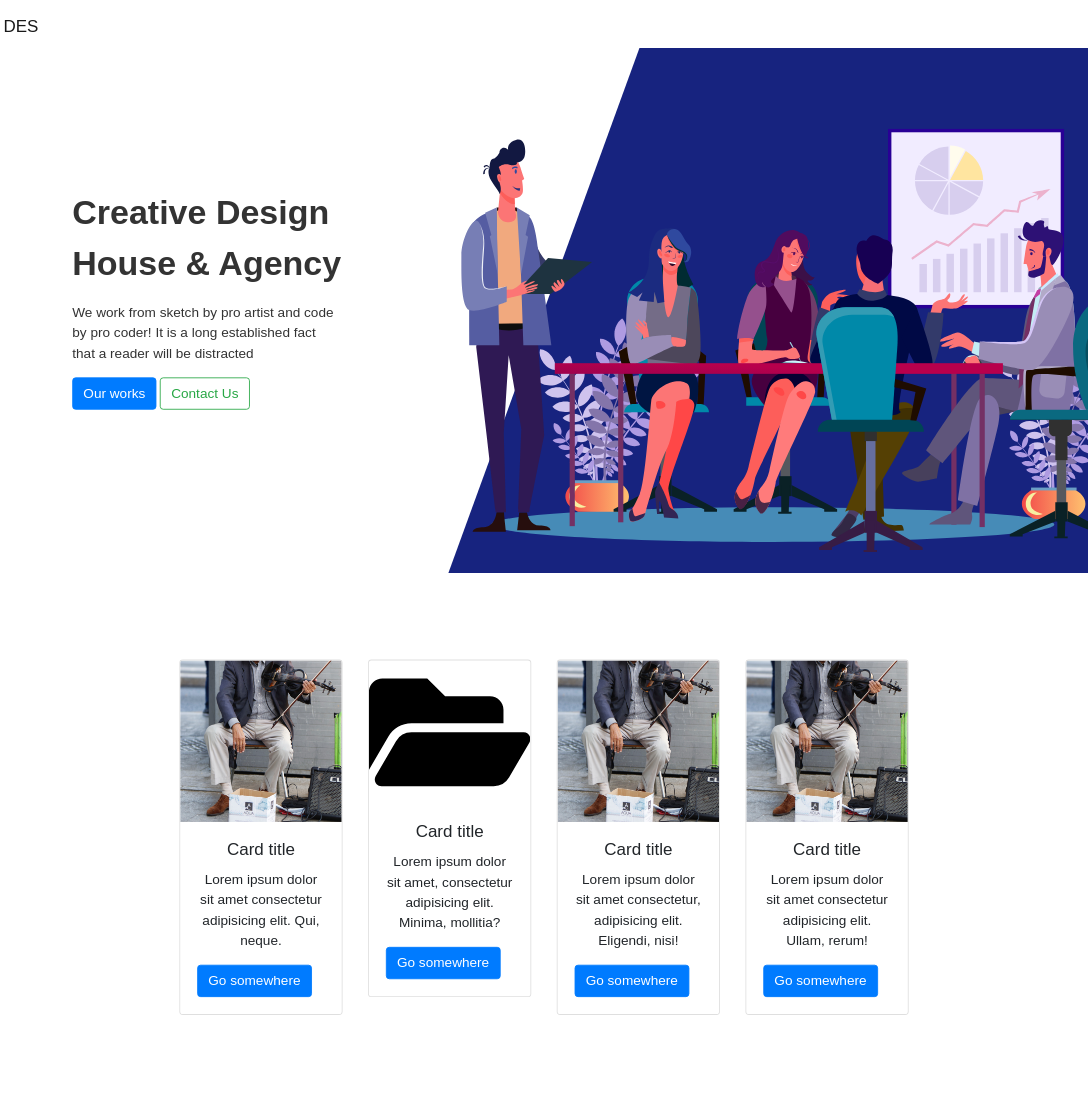
Repository: stephenkayade/Tarm
Page: index.html
These files come from the project's save history. The page is drawn as it stood at one moment and after the next save; the edit follows.
The browser window is 1280 px wide. The pictures show the whole page, at 85% of full size.

Above is the page before, as saved 2020-05-07 11:39:37.

### index.html
<!DOCTYPE html>
<html lang="en">

<head>
    <meta charset="UTF-8">
    <meta name="viewport" content="width=device-width, initial-scale=1.0">
    <link rel="stylesheet" href="https://stackpath.bootstrapcdn.com/bootstrap/4.4.1/css/bootstrap.min.css"
        integrity="sha384-Vkoo8x4CGsO3+Hhxv8T/Q5PaXtkKtu6ug5TOeNV6gBiFeWPGFN9MuhOf23Q9Ifjh" crossorigin="anonymous">
    <script src="https://code.jquery.com/jquery-3.4.1.slim.min.js"
        integrity="sha384-J6qa4849blE2+poT4WnyKhv5vZF5SrPo0iEjwBvKU7imGFAV0wwj1yYfoRSJoZ+n"
        crossorigin="anonymous"></script>

    <script src="https://stackpath.bootstrapcdn.com/bootstrap/4.4.1/js/bootstrap.min.js"
        integrity="sha384-wfSDF2E50Y2D1uUdj0O3uMBJnjuUD4Ih7YwaYd1iqfktj0Uod8GCExl3Og8ifwB6"
        crossorigin="anonymous"></script>
    <link rel="stylesheet" href="https://stackpath.bootstrapcdn.com/font-awesome/4.7.0/css/font-awesome.min.css">
    <link rel="stylesheet" href="css/style.css">
    <title>Document</title>
</head>

<body>
    <section id="nav-bar">
        <nav class="navbar navbar-expand-lg navbar-light">
            <!-- <h1>DES</h1> -->
            <h1><a class="navbar-brand ml-1" href="#">DES</a></h1>
            <button class="navbar-toggler" type="button" data-toggle="collapse" data-target="#navbarNav"
                aria-controls="navbarNav" aria-expanded="false" aria-label="Toggle navigation">
                <i class="fa fa-bars"></i>
            </button>

            <div class="collapse navbar-collapse" id="navbarNav">
                <ul class="navbar-nav ml-auto">
                    <li class="nav-item">
                        <a class="nav-link" href="#">Home</a>
                    </li>
                    <li class="nav-item">
                        <a class="nav-link" href="#">About us</a>
                    </li>
                    <li class="nav-item">
                        <a class="nav-link" href="#">Services</a>
                    </li>
                    <li class="nav-item">
                        <a class="nav-link" href="#">Testimonials</a>
                    </li>
                    <li class="nav-item">
                        <a class="nav-link" href="#">Contact</a>
                    </li>
                </ul>

            </div>
        </nav>

    </section>

    <!---------------------------banner---------------------------->
    <section id="banner">
        <div class="container">
            <div class="row">
                <div class="col-md-6">
                    <p class="promo-title">Creative Design <br>House & Agency</p>
                    <p>We work from sketch by pro artist and code <br>
                        by pro coder! It is a long established fact <br>
                        that a reader will be distracted</p>
                    <div class="btn-control">
                        <div class="btn btn-primary">Our works</div>
                        <div class="btn btn-outline-success">Contact Us</div>
                    </div>
                </div>

            </div>
        </div>
    </section>

    <section id="img">
        <div class="row">
            <div class="col-md-auto">
                <div class="card" style="width: 12rem;">
                    <img src="./img/man-street-sitting-hat-2995066.jpg" class="card-img-top" alt="...">
                    <div class="card-body">
                        <h5 class="card-title text-center">Card title</h5>
                        <p class="card-text text-center">Lorem ipsum dolor sit amet consectetur adipisicing elit. Qui, neque.</p>
                        <a href="#" class="btn btn-primary">Go somewhere</a>
                    </div>
                </div>
            </div>
            <div class="col-md-auto">
                <div class="card" style="width: 12rem;">
                    <img src="./img/folder-open-solid.svg" class="card-img-center" alt="...">
                    <div class="card-body">
                        <h5 class="card-title text-center">Card title</h5>
                        <p class="card-text text-center">Lorem ipsum dolor sit amet, consectetur adipisicing elit. Minima, mollitia?</p>
                        <a href="#" class="btn btn-primary">Go somewhere</a>
                    </div>
                </div>
            </div>
            <div class="col-md-auto">
                <div class="card" style="width: 12rem;">
                    <img src="./img/man-street-sitting-hat-2995066.jpg" class="card-img-top" alt="...">
                    <div class="card-body">
                        <h5 class="card-title text-center">Card title</h5>
                        <p class="card-text text-center">Lorem ipsum dolor sit amet consectetur, adipisicing elit. Eligendi, nisi!</p>
                        <a href="#" class="btn btn-primary">Go somewhere</a>
                    </div>
                </div>
            </div>
            <div class="col-md-auto">
                <div class="card" style="width: 12rem;">
                    <img src="./img/man-street-sitting-hat-2995066.jpg" class="card-img-top" alt="...">
                    <div class="card-body">
                        <h5 class="card-title text-center">Card title</h5>
                        <p class="card-text text-center">Lorem ipsum dolor sit amet consectetur adipisicing elit. Ullam, rerum!</p>
                        <a href="#" class="btn btn-primary">Go somewhere</a>
                    </div>
                </div>
            </div>
        </div>
    </section>

    <section id="ceo">
        <div class="row">
            <div class="col-md-auto">

            </div>
        </div>
    </section>
    <section id="recommendation">

    </section>


</body>

</html>

### css/style.css
*{
    margin: 0;
    padding: 0;
}
body{
    font-family: sans-serif;
}
#nav-bar{
    position: sticky;
    top: 0;
    z-index: 10;
}
.navbar{
    background-image: cross-fade(to right, #fff,#17237f);
    padding: 0 !important;
}
.navbar-brand img{
    height:40px;
    padding-left: 20px;
}
.navbar-nav li{
    padding: 0 10px;

}
.navbar-nav li a{
    color: #fff !important;
    font-weight: 600;
    float: right;
    text-align: left;
}
.fa-bars{
    color: #fff;
    font-size: 30px !important;
}
#img{
    display: flex;
    flex-direction: row;
    justify-content: center;
    padding: 8%
}


/* ------------banner section-------------------- */
#banner{
    background: url('/img/adj.svg') no-repeat center center/cover;
    color: #333;
    padding-top: 5%;
    padding-bottom: 15%;
}
.promo-title{
    font-size: 40px;
    font-weight: 600;
    margin-top:100px ;
}
.play-btn{
    width:45px;
    margin: 20px;
}
#banner a{
    color: #fff;
    text-decoration: none;
}
.bottom-img{
    width: 100%;
}
/* ---------------------services section---------------------- */
#services{
    padding: 80px 0;
}
.service-img{
    width: 140px;
    margin-top: 20px;
}
.services{
    padding: 20px;
}
.services h4{
    padding: 5px;
    margin-top: 25px;
    text-transform: uppercase;
}
.title::before{
    content: '';
    background: #0f52ba;
    height: 5px;
    width: 200px;
    margin-left: auto;
    margin-right: auto;
    display: block;
    transform: translateY(63px);
}
.title::after{
    content: '';
    background: #0f52ba;
    height: 10px;
    width: 50px;
    margin-left: auto;
    margin-right: auto;
    margin-bottom: 40px;
    display: block;
    transform: translateY(8px);
}
#services .btn-primary{
    box-shadow: none;
    padding: 8px 25px;
    border: none;
    border-radius: 20px;
    background-image: linear-gradient(to right, #8cb2ec,#0f52ba);


}

After the next save:
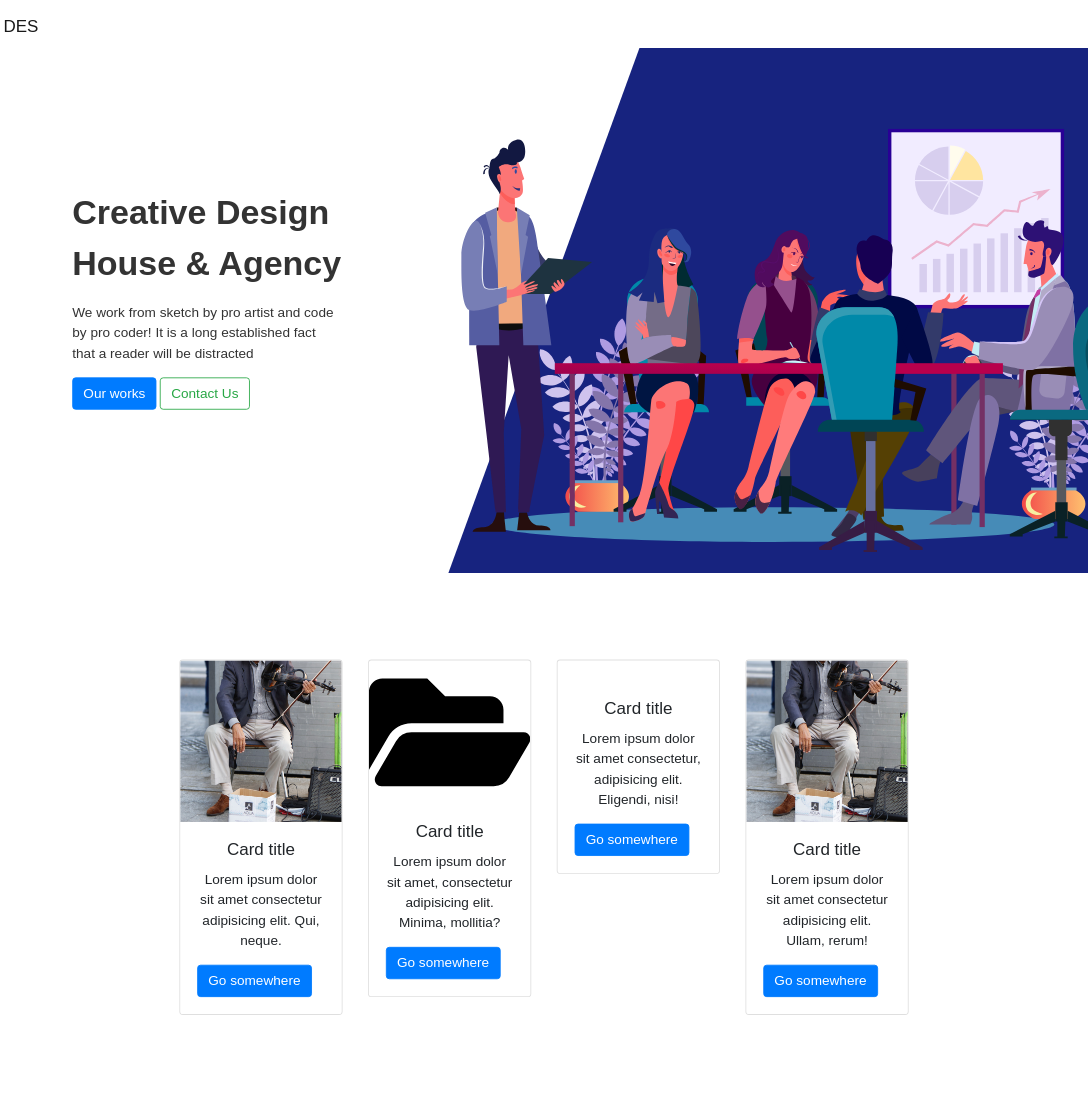
Saved 82 s later.
--- a/index.html
+++ b/index.html
@@ -95,7 +95,8 @@
             </div>
             <div class="col-md-auto">
                 <div class="card" style="width: 12rem;">
-                    <img src="./img/man-street-sitting-hat-2995066.jpg" class="card-img-top" alt="...">
+                    <!-- <img src="./img/man-street-sitting-hat-2995066.jpg" class="card-img-top" alt="..."> -->
+                    <i class="fas fa-folder-open card-img-top"></i>
                     <div class="card-body">
                         <h5 class="card-title text-center">Card title</h5>
                         <p class="card-text text-center">Lorem ipsum dolor sit amet consectetur, adipisicing elit. Eligendi, nisi!</p>
